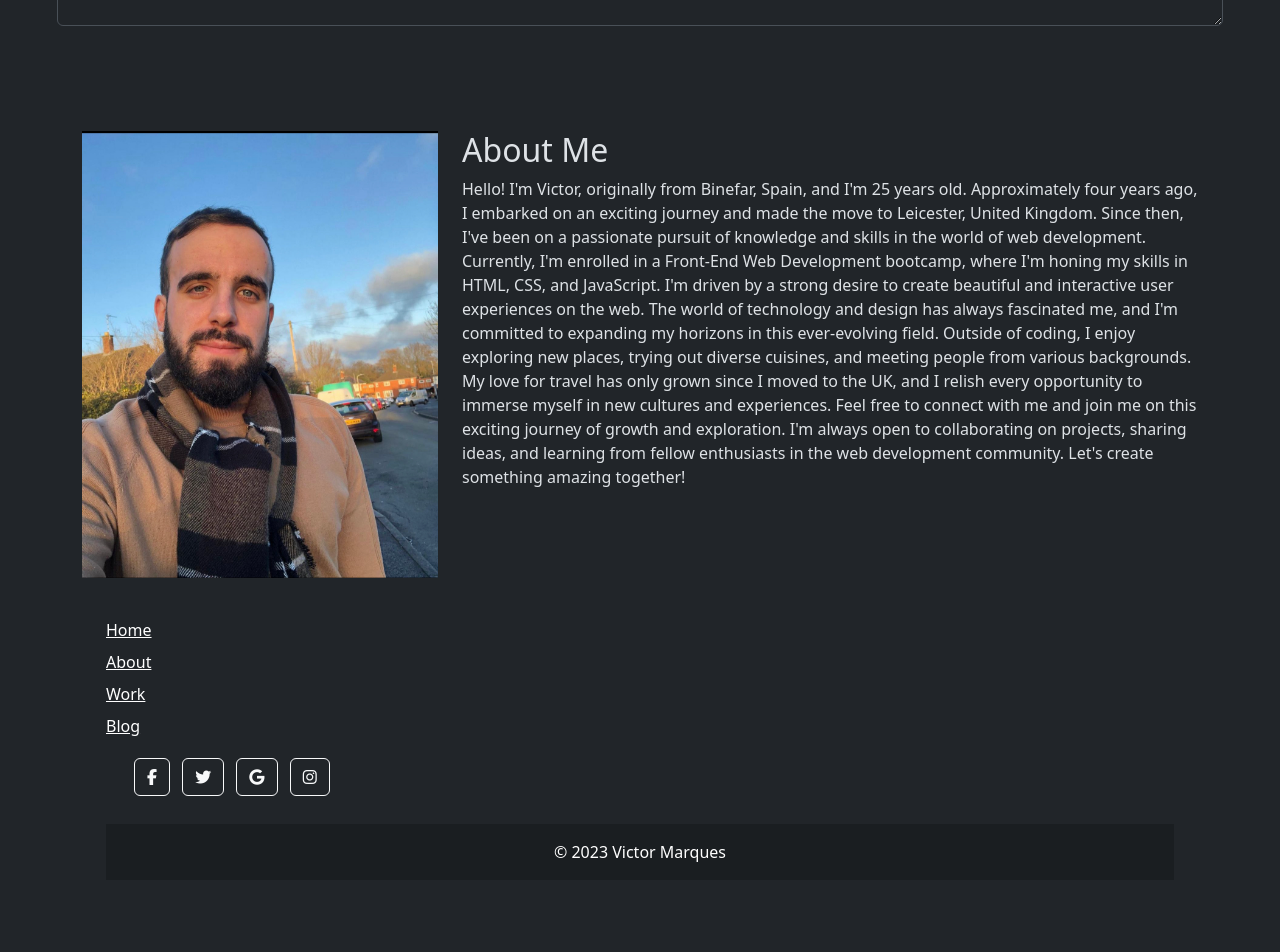
Repository: uvee35/Bootstrap-Portfolio
Page: index.html
The author's editor kept a copy of each file at every save. The page is drawn from the files as they stood at one save, then again after the next save.
The browser window is 1280 px wide. The pictures show the part of the page from y = 2011 to 2963 px (the page is 2963 px tall).
A picture or video elsewhere on the page could not be fetched, so the positions and the page height are approximate. Some web libraries are served in a nearby version.

Above is the page before, as saved 2023-12-18 22:07:21.

After the next save:
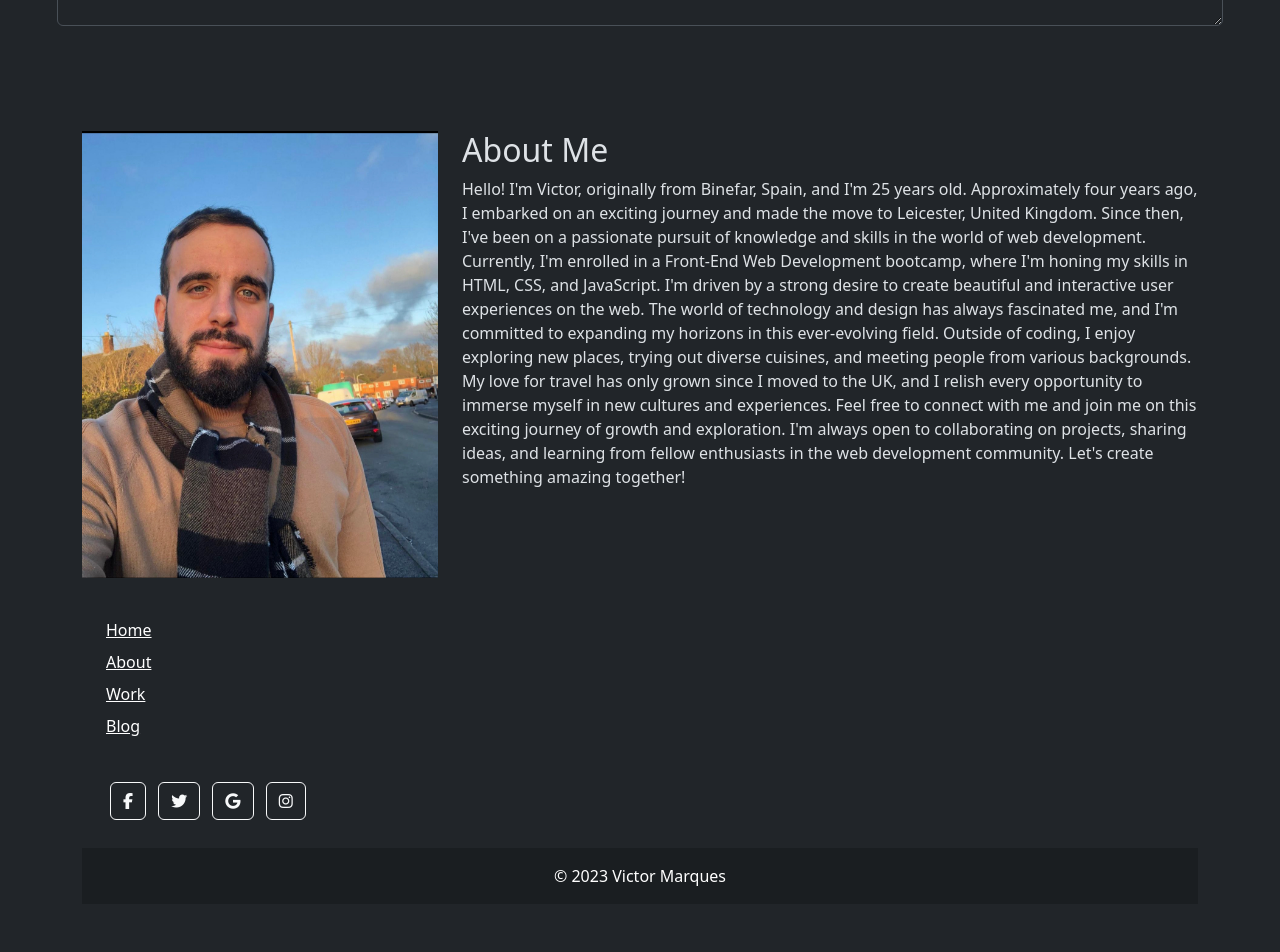
Saved 6 s later.
--- a/index.html
+++ b/index.html
@@ -322,7 +322,7 @@
 
 
         <!--Grid column-->
-        <div class="col-lg-3 col-md-6 mb-4 mb-md-0" ">
+        <div class="col-lg-3 col-md-6 mb-4 mb-md-0"></div>
 
 
           <ul class="list-unstyled">
